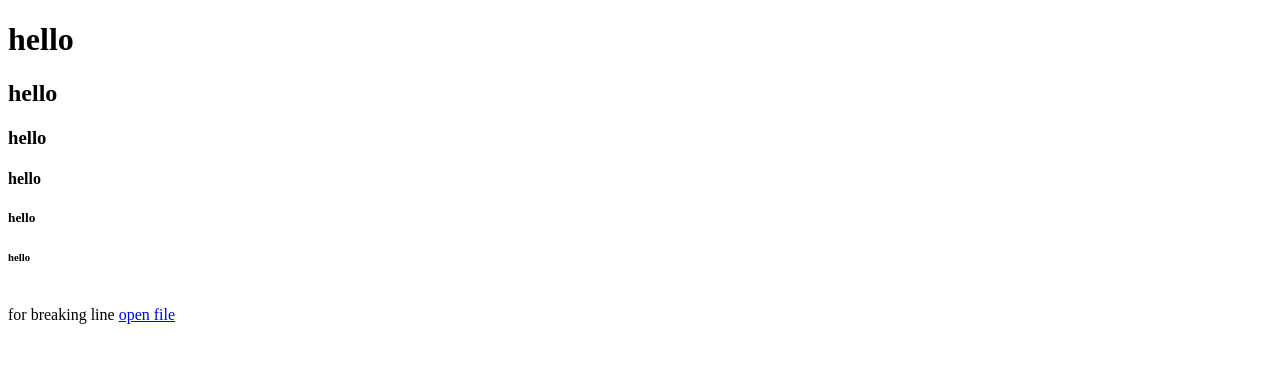
Repository: kajol-thakur5/backend_proj
Page: myfirstwebapp/WebContent/index.html
An editor plug-in stored every save of this project. The page is shown before and after the next save, followed by the edit.
The browser window is 1280 px wide. The pictures show the whole page.

Above is the page before, as saved 2023-01-31 10:35:26.

After the next save:
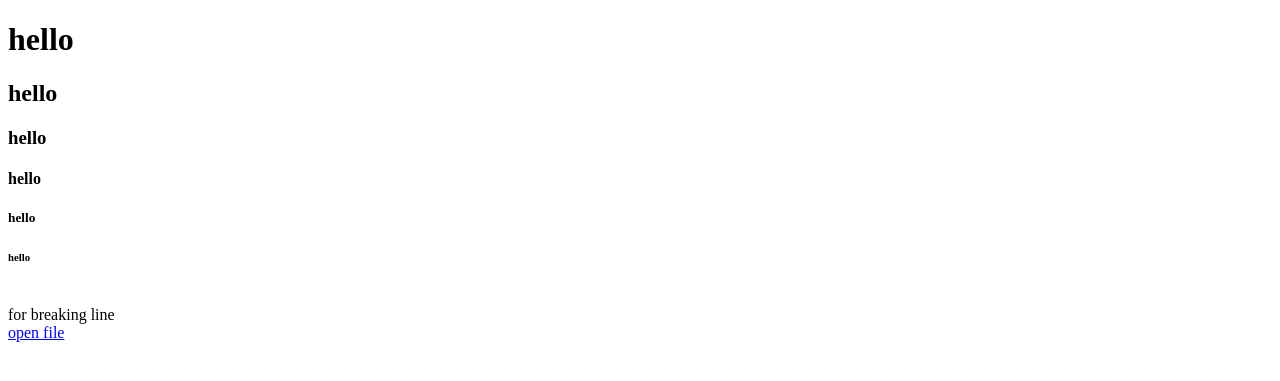
Saved 2 min 35 s later.
--- a/myfirstwebapp/WebContent/index.html
+++ b/myfirstwebapp/WebContent/index.html
@@ -12,7 +12,7 @@
 <h5>hello</h5>
 <h6>hello</h6>
 <br>
-for breaking line
+for breaking line<br>
 <a href="https://lms.simplilearn.com/courses/3851/Become-a-back-end-expert/syllabus">open file</a>
 </body>
 </html>
